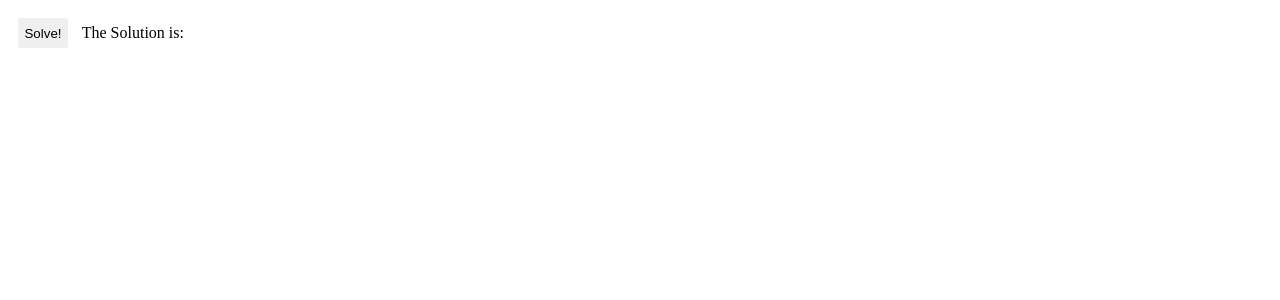
Repository: setanjan123/wordle-solver
Page: popup.html
These files come from the project's save history. The page is drawn as it stood at one moment and after the next save; the edit follows.
The browser window is 1280 px wide. The pictures show the whole page.

Above is the page before, as saved 2022-03-05 11:40:01.

After the next save:
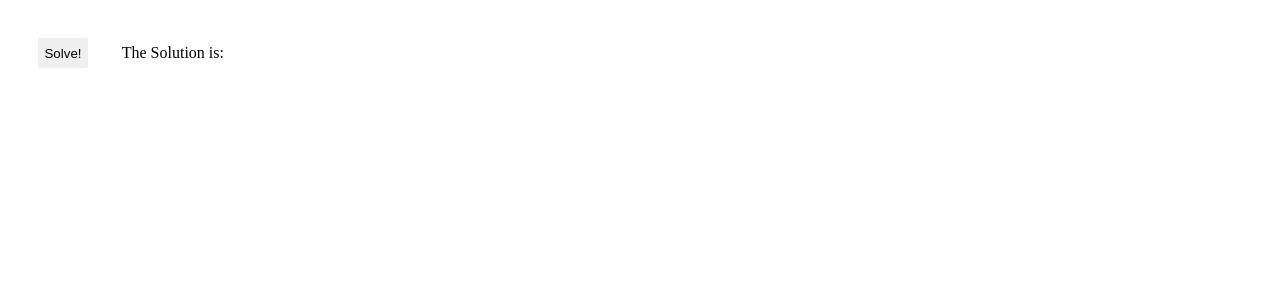
Saved 50 s later.
--- a/button.css
+++ b/button.css
@@ -6,7 +6,7 @@ button {
 
     outline: none;
 
-    margin: 10px;
+    margin: 30px;
 
     border: none;
 
